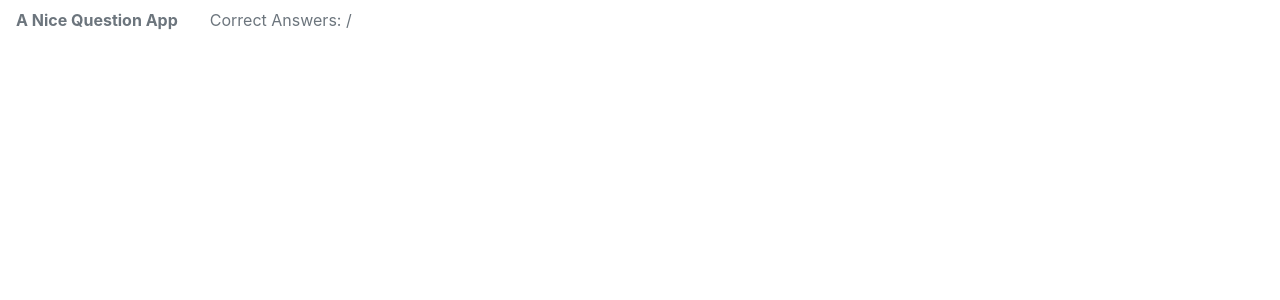
Repository: giovanicascaes/vue-quiz-app
Page: /
An editor plug-in stored every save of this project. The page is shown before and after the next save, followed by the edit.
The browser window is 1280 px wide. The pictures show the whole page.
The page's requests for data from a server got no answer. The project was rebuilt for these pictures with package versions that can differ from the ones it lists, and the page was loaded fresh each time. No one was signed in, and anything a server would have sent is missing. Also part of the build but not shown: vue.config.js.

Above is the page before, as saved 2019-04-13 02:39:23.

After the next save:
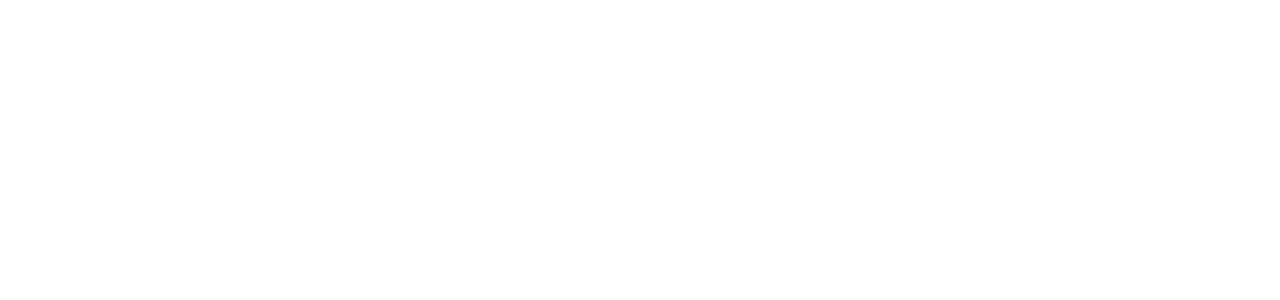
Console error: TypeError: Cannot read properties of undefined (reading 'questions')
Saved 85 s later.
--- a/src/components/Questions.vue
+++ b/src/components/Questions.vue
@@ -16,6 +16,9 @@
     return {
       currentQuestionIndex: 0
     };
+  },
+  computed: {
+    currentQuestion: this.questions[this.currentQuestionIndex]
   }
 };
 </script>

After the 3 saves that followed:
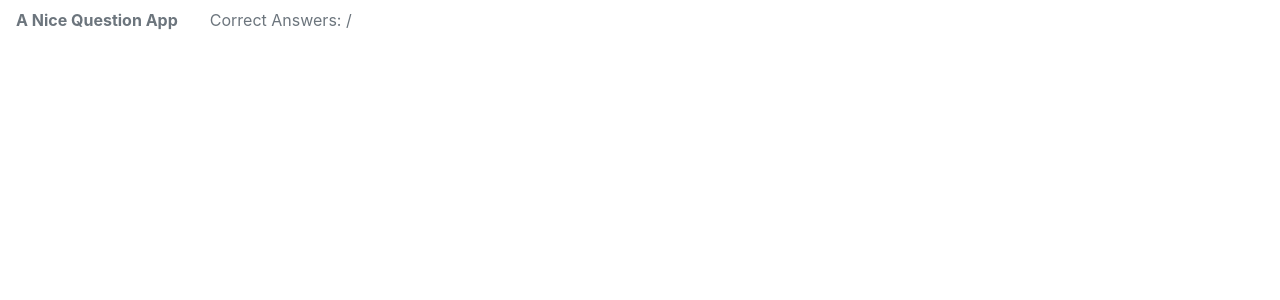
The error is gone.
The 3 saves are shown as one change because 1 did not build or start and 1 left the picture as it was.
The last was saved 2 min 19 s later.
--- a/src/components/Questions.vue
+++ b/src/components/Questions.vue
@@ -1,6 +1,6 @@
 <template>
   <b-jumbotron :lead="'Question #' + (currentQuestionIndex + 1)">
-    <p>{{questions[currentQuestionIndex].question}}</p>
+    <p>{{currentQuestion.question}}</p>
     <b-list-group>
       <b-list-group-item button>Cras justo odio</b-list-group-item>
     </b-list-group>
@@ -18,7 +18,9 @@
     };
   },
   computed: {
-    currentQuestion: this.questions[this.currentQuestionIndex]
+    currentQuestion() {
+      return this.questions[this.currentQuestionIndex];
+    }
   }
 };
 </script>
